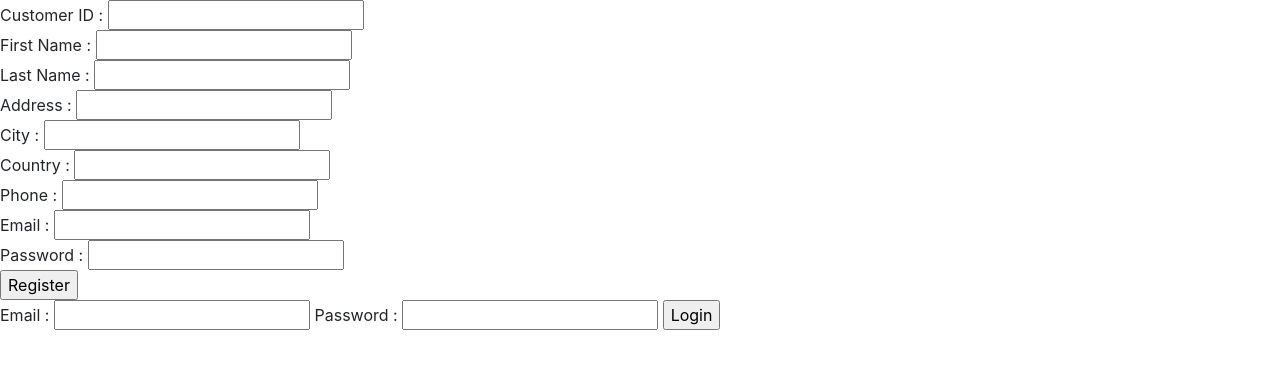
Repository: hassaanbk/CruiseBookingAndManaging
Page: http://localhost/home
An editor plug-in stored every save of this project. The page is shown before and after the next save, followed by the edit.
The browser window is 1280 px wide. The pictures show the whole page.
The page is this project's Thymeleaf template; nobody is signed in. The template is opened directly, without the code that normally fills it, so the values that code supplies are empty.

Above is the page before, as saved 2022-12-13 04:31:00.

After the next save:
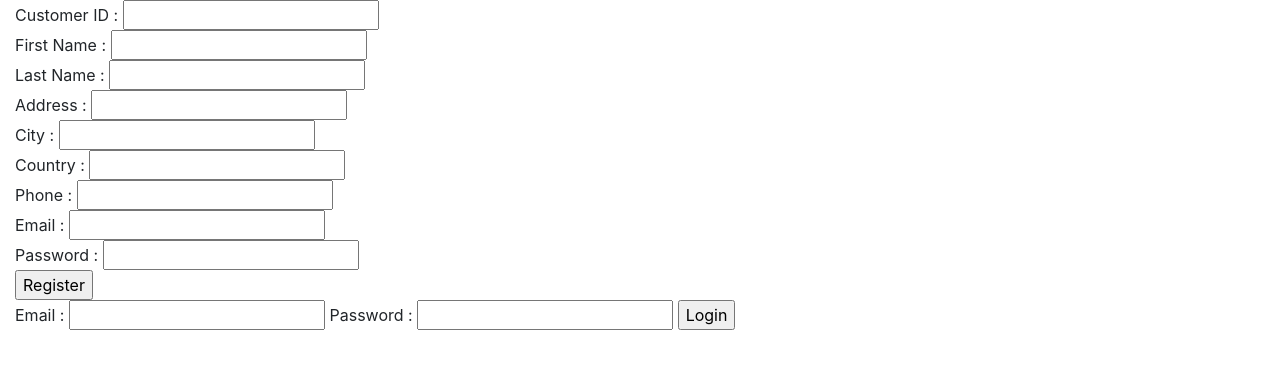
Saved 38 s later.
--- a/CustomerMicroService/src/main/resources/templates/home.html
+++ b/CustomerMicroService/src/main/resources/templates/home.html
@@ -11,7 +11,7 @@
 
 </head>
 
-<body class="container-lg ">
+<body class="container-fluid ">
 
 	<form action="register" method="POST">
 
